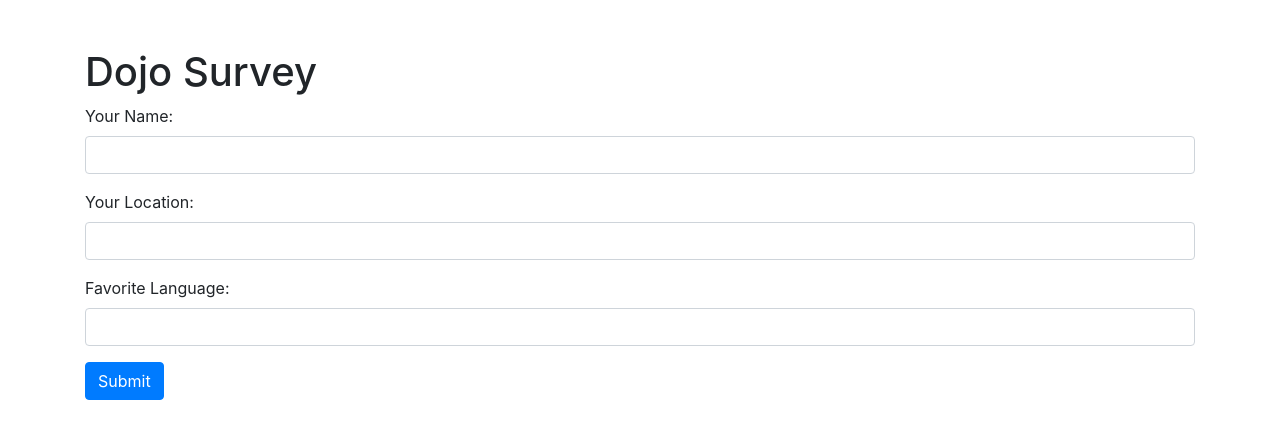
Repository: TurkiOussema54/Bootcamp-PYTHON
Page: http://localhost/
An editor plug-in stored every save of this project. The page is shown before and after the next save, followed by the edit.
The browser window is 1280 px wide. The pictures show the whole page.
The page is served by the project's application, run on Flask 3 (app.py).

Above is the page before, as saved 2023-10-03 17:28:05.

After the next save:
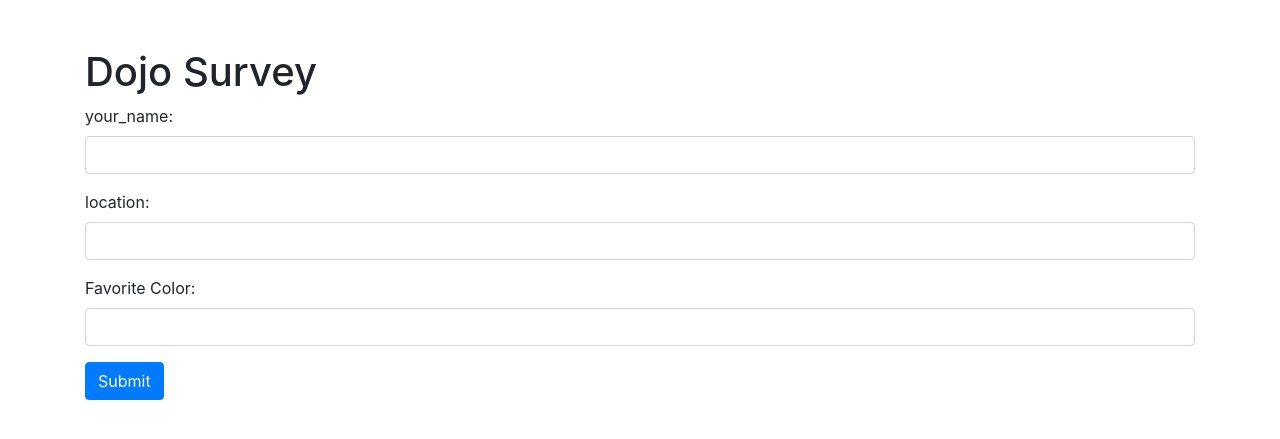
Saved 2 min 1 s later.
--- a/Dojo_Survey/templates/index.html
+++ b/Dojo_Survey/templates/index.html
@@ -10,18 +10,18 @@
         <h1 class="mt-5">Dojo Survey</h1>
         <form method="POST" action="/process">
             <div class="form-group">
-                <label for="name">Your Name:</label>
-                <input type="text" class="form-control" name="name" required>
+                <label for="your_name">your_name:</label>
+                <input type="text" class="form-control" your_name="your_name" required>
             </div>
 
             <div class="form-group">
-                <label for="email">Your Location:</label>
-                <input type="email" class="form-control" name="email" required>
+                <label for="location">location:</label>
+                <input type="location" class="form-control" name="location" required>
             </div>
 
             <div class="form-group">
-                <label for="favorite_color">Favorite Language:</label>
-                <input type="text" class="form-control" name="favorite_color" required>
+                <label for="favorite_language">Favorite Color:</label>
+                <input type="text" class="form-control" name="favorite_language" required>
             </div>
 
             <button type="submit" class="btn btn-primary">Submit</button>
